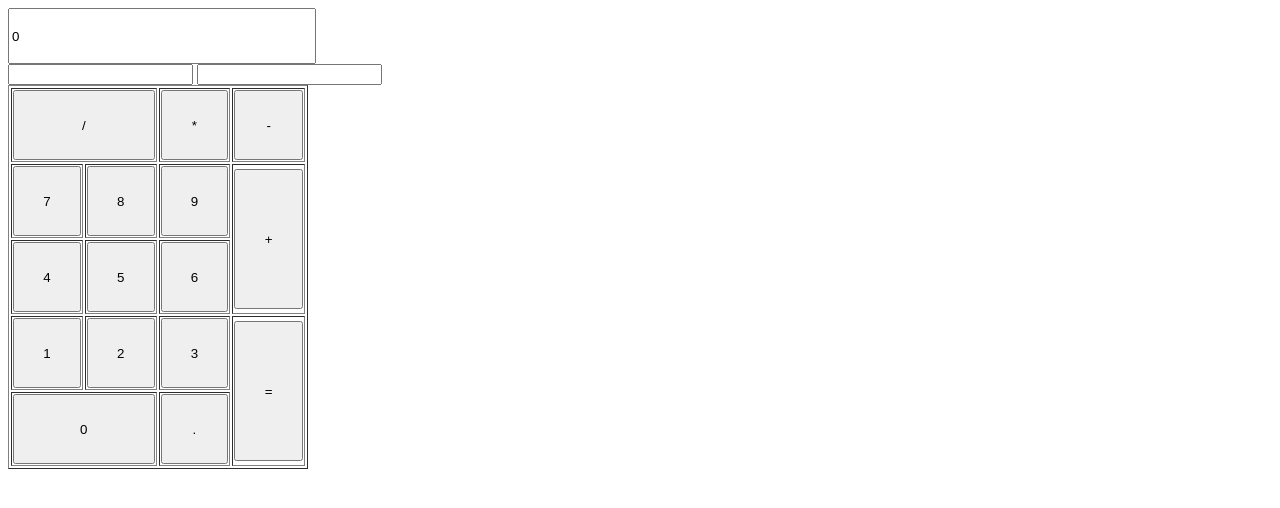
Repository: BaekJiGyeong/JSP
Page: http://localhost/AB_WebCalc/
An editor plug-in stored every save of this project. The page is shown before and after the next save, followed by the edit.
The browser window is 1280 px wide. The pictures show the whole page.
The page is served by Tomcat 9.

Above is the page before, as saved 2016-02-02 05:34:55.

After the next save:
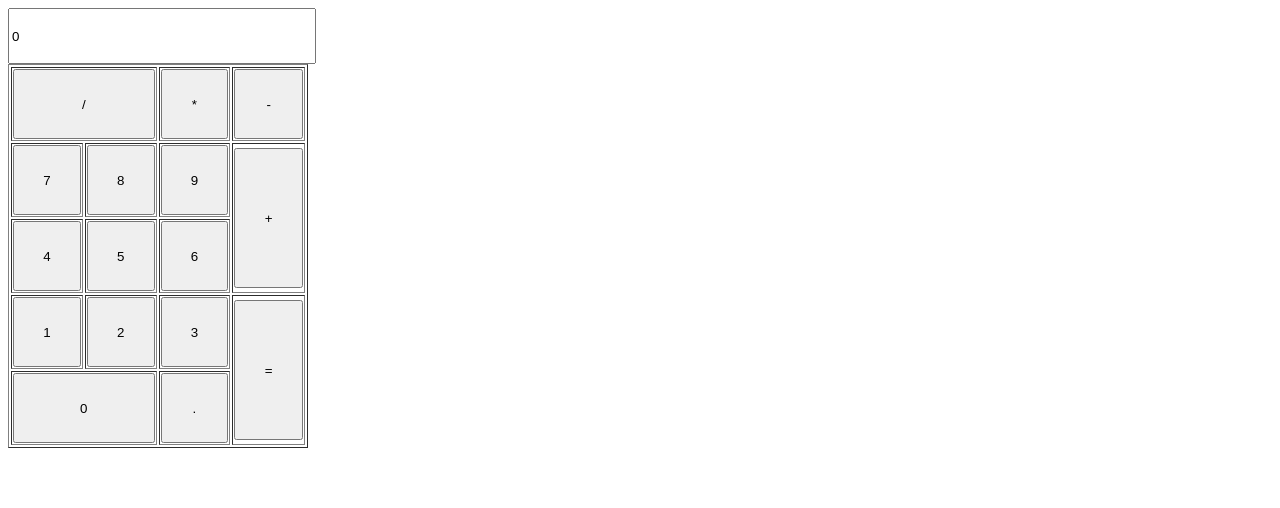
Saved 25 min 39 s later.
--- a/AB_WebCalc/WebContent/index.jsp
+++ b/AB_WebCalc/WebContent/index.jsp
@@ -48,8 +48,8 @@
 
 
 	<form id = "calcForm" method="post" action="/AA_HelloJSP/calc3.jsp"	>
-		<input type="text" id="f" name="f" />
-		<input type="text" id="s" name="s" />
+		<input type="hidden" id="f" name="f" />
+		<input type="hidden" id="s" name="s" />
 	</form>
 
 	<table border="1" width="300" height="300">
